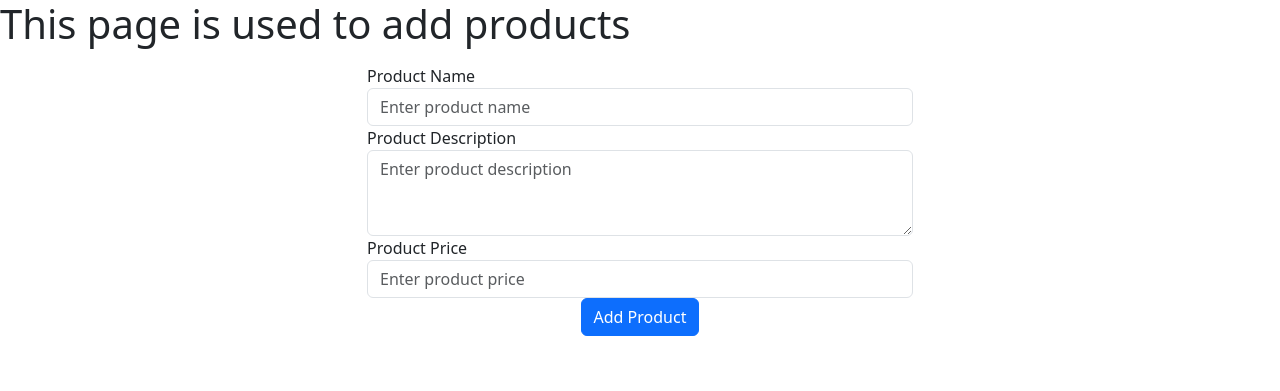
Repository: Rahulpanchal16/springMVCcrud
Page: http://localhost/SpringCRUDproject/WEB-INF/views/add_product_form.jsp
The author's editor kept a copy of each file at every save. The page is drawn from the files as they stood at one save, then again after the next save.
The browser window is 1280 px wide. The pictures show the whole page.
The page is served by Tomcat 9. Nobody is signed in. Other server files are loaded and not shown. The template is opened directly, without the code that normally fills it, so the values that code supplies are empty.

Above is the page before, as saved 2023-04-10 08:58:49.

### SpringCRUDproject/src/main/webapp/WEB-INF/views/add_product_form.jsp
<%@ page language="java" contentType="text/html; charset=UTF-8"
	pageEncoding="UTF-8"%>
<!DOCTYPE html>
<html>
<head>
<meta charset="UTF-8">
<%@include file="./bootcssjs.jsp"%>
</head>
<body>
	<h1>This page is used to add products</h1>
	<div class="container mt-3">
		<div class="row">
			<div class="col-md-6 offset-md-3">
	<form action="handleproduct" method="post">
  <div class="form-group">
    <label for="name">Product Name</label>
    <input type="text" class="form-control" id="name" name="name" placeholder="Enter product name">
  </div>
  <div class="form-group">
    <label for="description">Product Description</label>
    <textarea class="form-control" id="description" name="description" rows="3" placeholder="Enter product description"></textarea>
  </div>
  <div class="form-group">
    <label for="price">Product Price</label>
    <input type="number" class="form-control" id="price" name="price" placeholder="Enter product price">
  </div>
  <div class="container text-center mt-6">
  <button type="submit" class="btn btn-primary">Add Product</button>
  </div>
</form>
		</div>
	</div>
</div>

</body>
</html>

### SpringCRUDproject/src/main/webapp/WEB-INF/views/bootcssjs.jsp
<%@ page language="java" contentType="text/html; charset=UTF-8"
	pageEncoding="UTF-8"%>
<%@ taglib prefix="c" uri="http://java.sun.com/jsp/jstl/core"%>
<%@page isELIgnored="false"%>
<meta name="viewport" content="width=device-width, initial-scale=1">
<link
	href="https://cdn.jsdelivr.net/npm/bootstrap@5.3.0-alpha3/dist/css/bootstrap.min.css"
	rel="stylesheet"
	integrity="sha384-KK94CHFLLe+nY2dmCWGMq91rCGa5gtU4mk92HdvYe+M/SXH301p5ILy+dN9+nJOZ"
	crossorigin="anonymous">

<script
	src="https://cdn.jsdelivr.net/npm/@popperjs/core@2.11.7/dist/umd/popper.min.js"
	integrity="sha384-zYPOMqeu1DAVkHiLqWBUTcbYfZ8osu1Nd6Z89ify25QV9guujx43ITvfi12/QExE"
	crossorigin="anonymous"></script>
<script
	src="https://cdn.jsdelivr.net/npm/bootstrap@5.3.0-alpha3/dist/js/bootstrap.min.js"
	integrity="sha384-Y4oOpwW3duJdCWv5ly8SCFYWqFDsfob/3GkgExXKV4idmbt98QcxXYs9UoXAB7BZ"
	crossorigin="anonymous"></script>

<title><c:out value="${title }">Home Page</c:out></title>

After the next save:
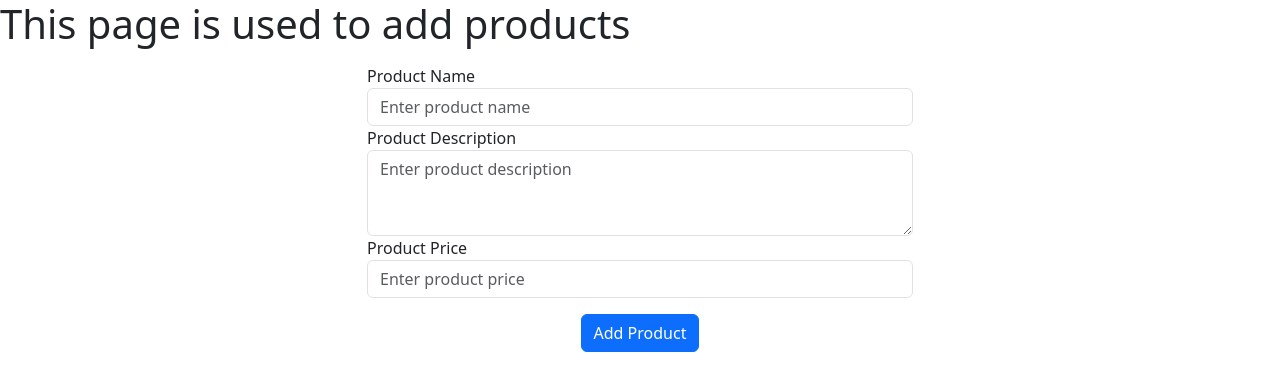
Saved 56 s later.
--- a/SpringCRUDproject/src/main/webapp/WEB-INF/views/add_product_form.jsp
+++ b/SpringCRUDproject/src/main/webapp/WEB-INF/views/add_product_form.jsp
@@ -24,7 +24,7 @@
     <label for="price">Product Price</label>
     <input type="number" class="form-control" id="price" name="price" placeholder="Enter product price">
   </div>
-  <div class="container text-center mt-6">
+  <div class="container text-center mt-3">
   <button type="submit" class="btn btn-primary">Add Product</button>
   </div>
 </form>
